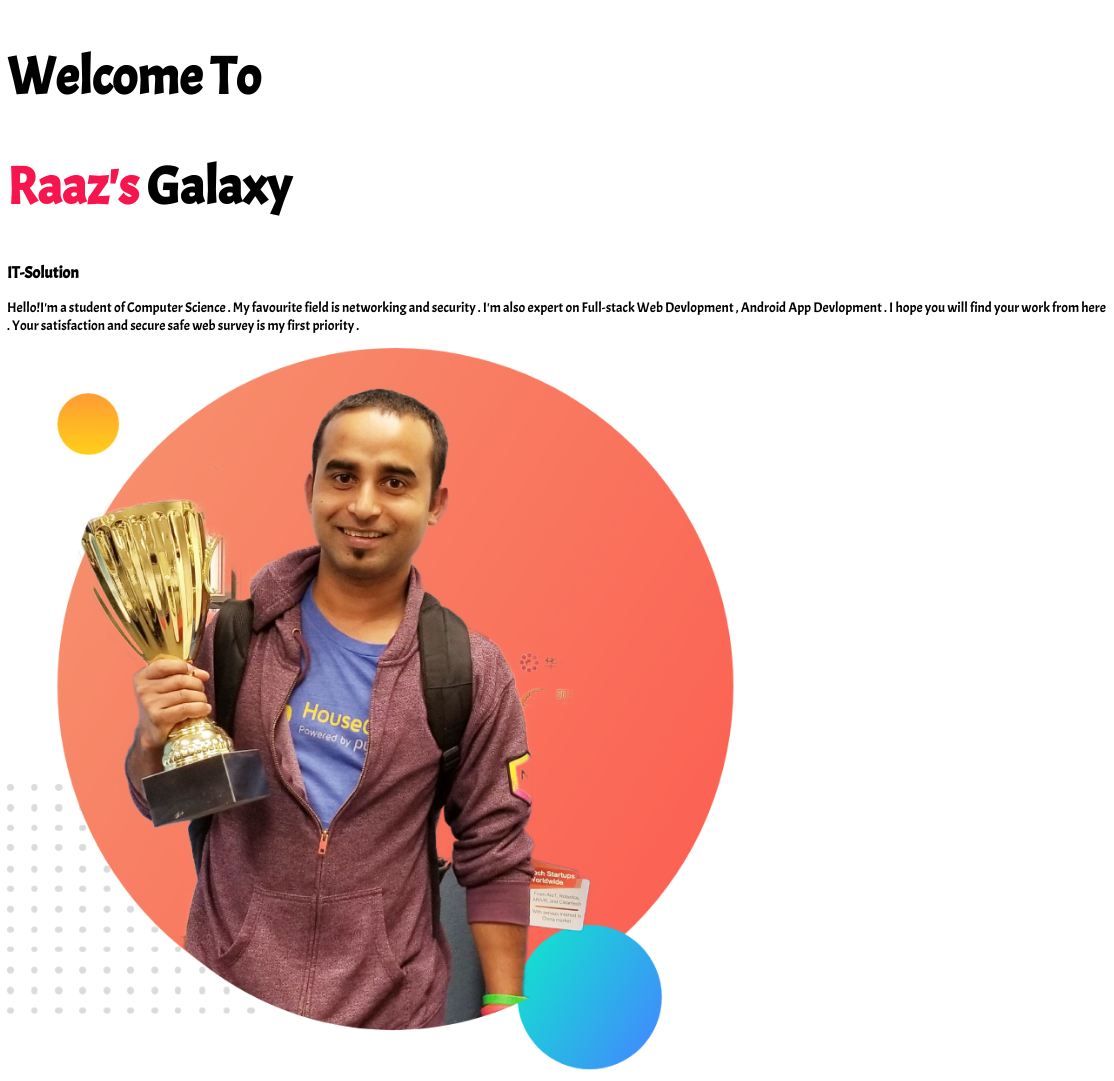
Repository: ramizraaz/my-portfolio
Page: about.html
The author's editor kept a copy of each file at every save. The page is drawn from the files as they stood at one save, then again after the next save.
The browser window is 1280 px wide. The pictures show the whole page, at 87% of full size.

Above is the page before, as saved 2022-01-13 18:11:04.

### about.html
<!DOCTYPE html>
<html lang="en">

<head>
    <meta charset="UTF-8">
    <meta http-equiv="X-UA-Compatible" content="IE=edge">
    <meta name="viewport" content="width=device-width, initial-scale=1.0">
    <title>Raaz Portfolio</title>
    <link rel="preconnect" href="https://fonts.googleapis.com">
    <link rel="preconnect" href="https://fonts.gstatic.com" crossorigin>
    <link href="https://fonts.googleapis.com/css2?family=Acme&family=Lobster&family=Permanent+Marker&display=swap" rel="stylesheet">
    <link rel="stylesheet" href="design.css">
</head>

<body>
    <section>
        <div class="intro">
            <h1>Welcome To</h1>
            <h1><span> Raaz's </span>Galaxy</h1>
            <h3>IT-Solution</h3>
            <p>Hello!I'm a student of Computer Science . My favourite field is networking and security . I'm also expert on Full-stack Web Devlopment , Android App Devlopment . I hope you will find your work from here . Your satisfaction and secure safe
                web survey is my first priority .</p>
        </div>
        <div class="img1">
            <img src="images/jhankar.png" alt="Personal Profile">
        </div>
    </section>
</body>

</html>

### design.css
body {
    font-family: 'Acme', sans-serif;
}

h1 {
    font-size: 60px;
}

span {
    color: rgb(247, 21, 77);
}

After the next save:
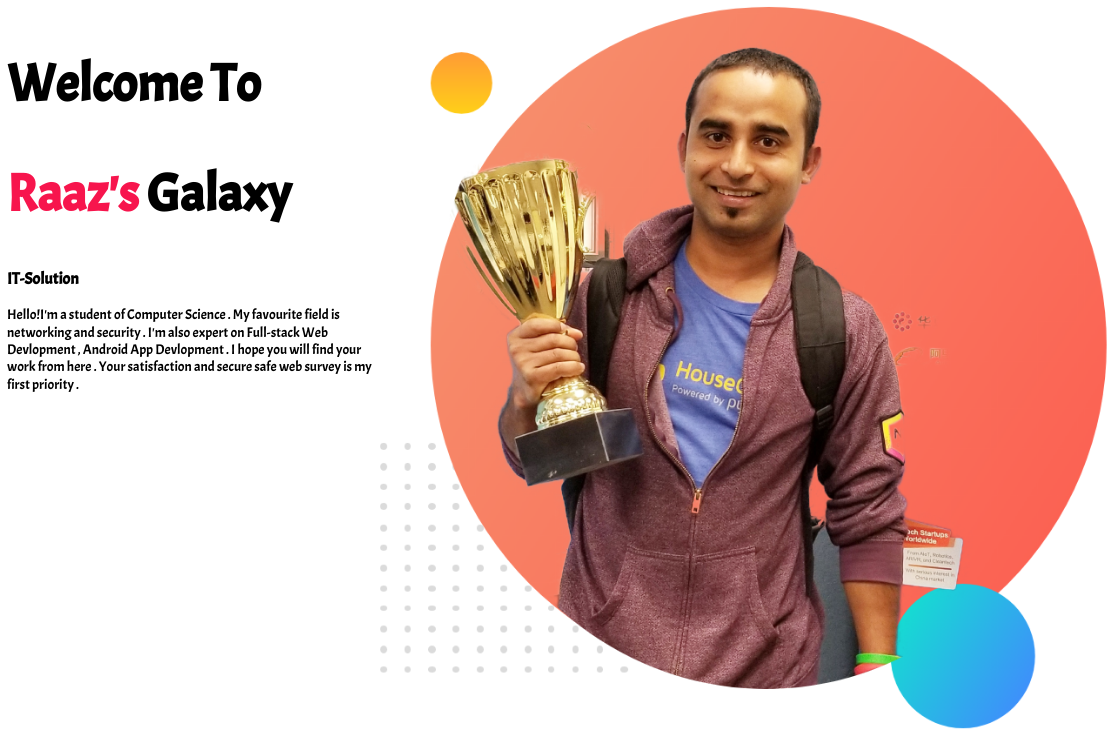
Saved 20 s later.
--- a/design.css
+++ b/design.css
@@ -9,3 +9,7 @@ h1 {
 span {
     color: rgb(247, 21, 77);
 }
+
+section {
+    display: flex;
+}
